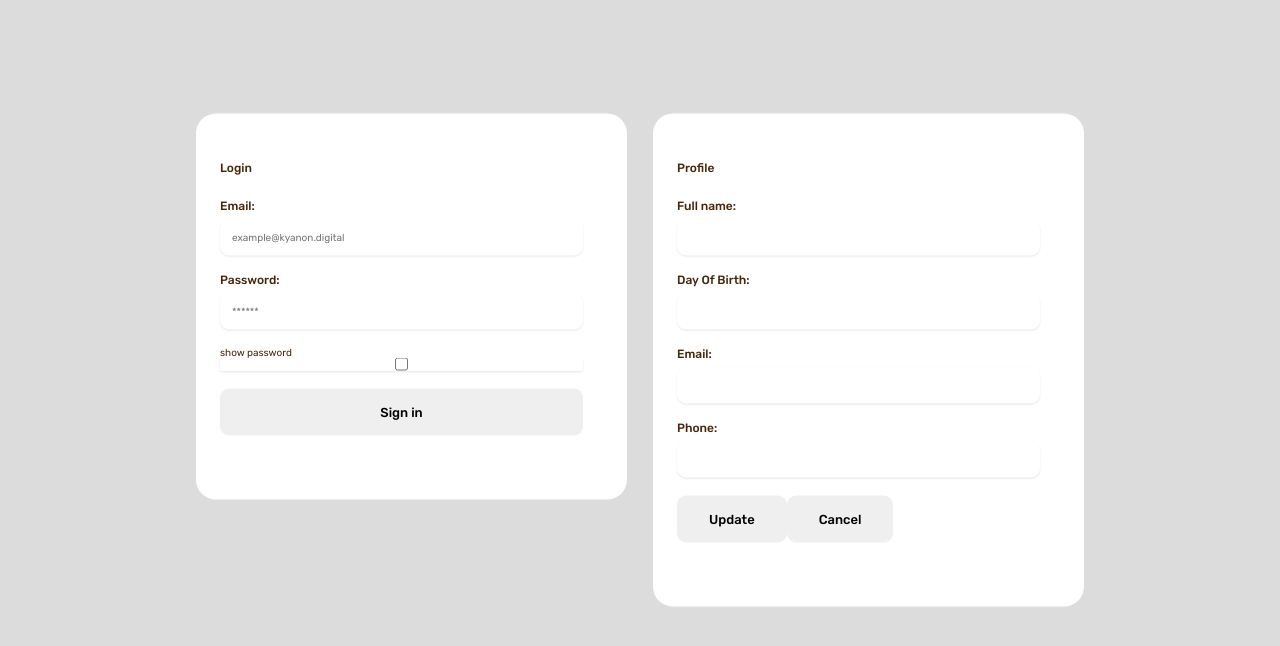
Repository: lethetiem/demon-test
Page: /
These files come from the project's save history. The page is drawn as it stood at one moment and after the next save; the edit follows.
The browser window is 1280 px wide. The pictures show the whole page.
The project was rebuilt for these pictures with package versions that can differ from the ones it lists, and the page was loaded fresh each time.

Above is the page before, as saved 2023-03-15 14:08:31.

After the next save:
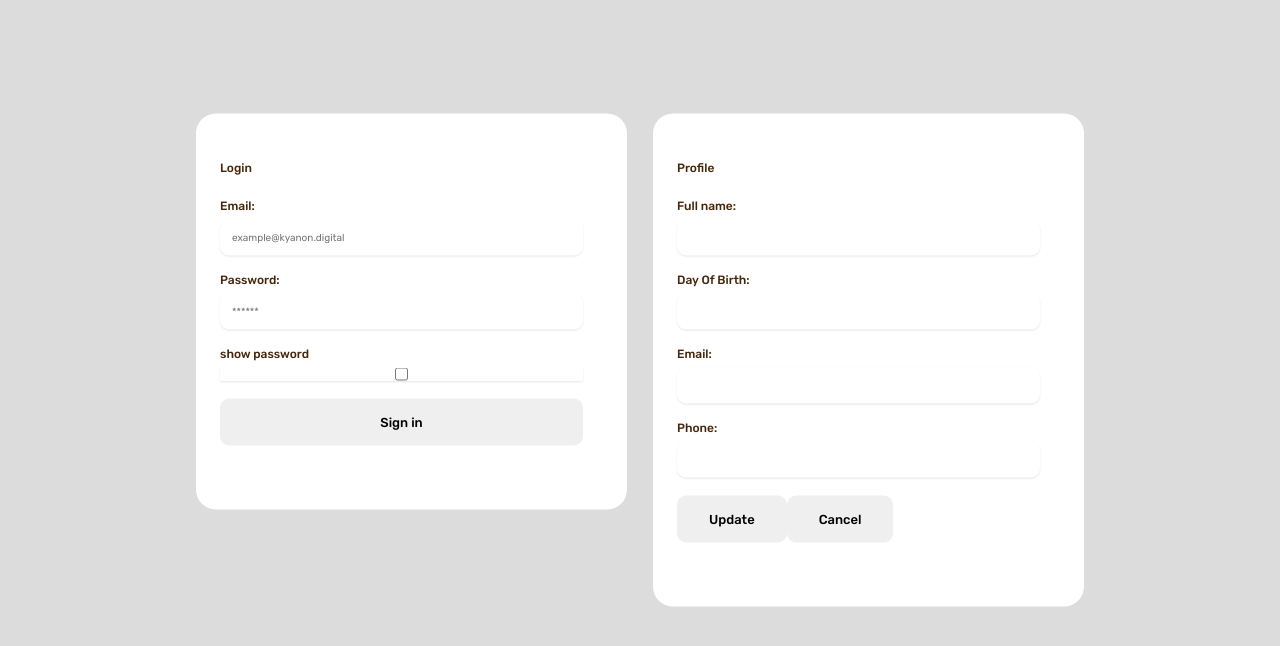
Saved 52 s later.
--- a/src/components/Login/Login.jsx
+++ b/src/components/Login/Login.jsx
@@ -32,7 +32,7 @@ const Login = () => {
         </div>
 
         <div className="password-checkbox">
-          <p>show password</p>
+          <label htmlFor="check-box">show password</label>
           <input id="check-box" type="checkbox" name="check-box"></input>
         </div>
 
